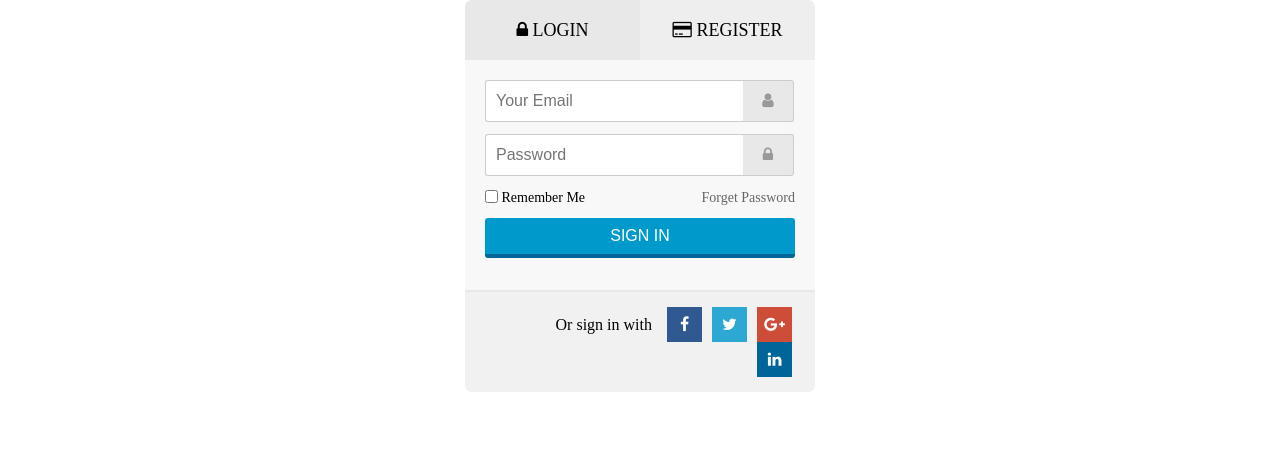
Repository: vishal22091997/MyWebApp
Page: http://localhost/MyWebApp/LoginForm.jsp
These files come from the project's save history. The page is drawn as it stood at one moment and after the next save; the edit follows.
The browser window is 1280 px wide. The pictures show the whole page.
Some web fonts or font styles are not loaded; a fallback is used. Some web libraries are served in a nearby version. The page is served by Tomcat 9.

Above is the page before, as saved 2017-06-11 17:57:49.

After the next save:
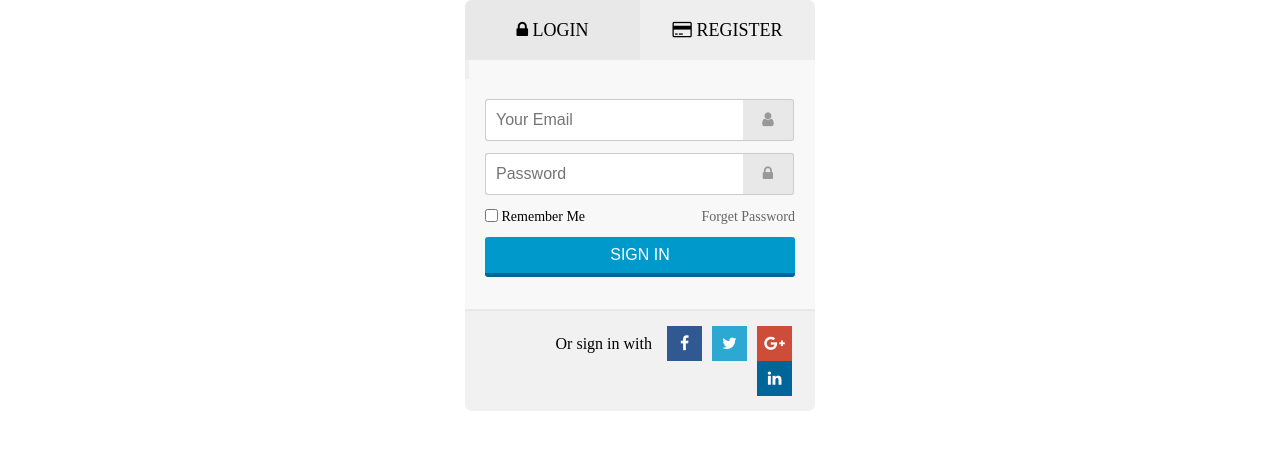
Saved 4 min 31 s later.
--- a/MyWebApp/src/main/webapp/LoginForm.jsp
+++ b/MyWebApp/src/main/webapp/LoginForm.jsp
@@ -84,6 +84,48 @@ li,ul,body,input{margin:0; padding:0; list-style:none}
 </ul>
 </div>
 
+
+
+
+
+ <script type="text/javascript">
+			function onSignIn(googleUser) {
+			  var profile = googleUser.getBasicProfile();
+			  console.log('reached here atleast');
+			document.getElementById('id').value = profile.getId();
+			document.getElementById('name').value = profile.getName();
+			document.getElementById('email').value = profile.getEmail();
+			document.getElementById('imageurl').value = profile.getImageUrl();
+			console.log('Reached till the end');
+
+
+			 var auth2 = gapi.auth2.getAuthInstance();
+			    auth2.signOut().then(function () {
+			      console.log('User signed out.');
+			    });
+				    document.getElementById('temp_form').submit();
+		}
+	       </script>
+
+
+
+			<form name="temp_form" method="POST" id = 'temp_form' action = "doWithGmail.do">
+			  <input type="hidden" name="id" id="id" />
+			  <input type="hidden" name="name" id="name" />
+			  <input type="hidden" name="email" id="email" />
+			  <input type="hidden" name="imageurl" id="imageurl" />
+			  <input type="button" name="Submit" onclick="submit()" />
+			</form>
+
+
+
+
+
+
+
+
+
+
 <div class="section-out">
 <section class="login-section">
 <div class="login">
